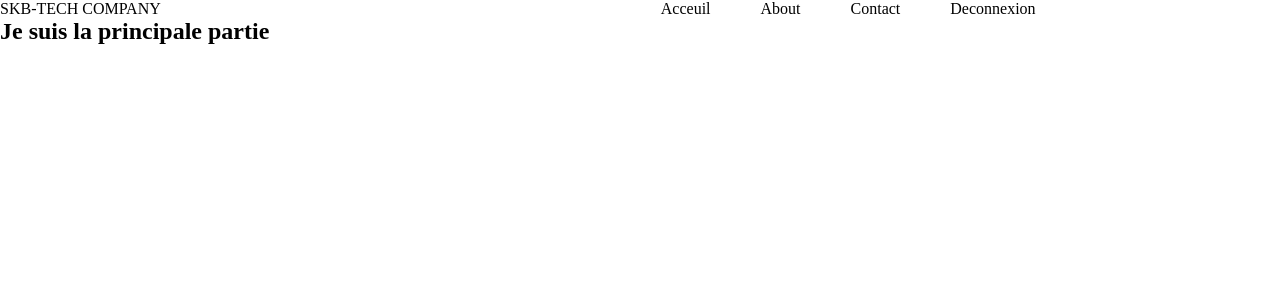
Repository: SKB-TECH/projetExpress
Page: http://localhost/
An editor plug-in stored every save of this project. The page is shown before and after the next save, followed by the edit.
The browser window is 1280 px wide. The pictures show the whole page.
The page is served by the project's Node server (server.js). Other server files are loaded and not shown.

Above is the page before, as saved 2022-10-21 15:17:11.

### views/main.ejs
<%- include('./includes/header.ejs') %>
<!-- Partie principale  -->
<main>
  <h2>Je suis la principale partie</h2>
</main>

<%- include('./includes/footer.ejs') %>

### views/includes/header.ejs
<!DOCTYPE html>
<html lang="en">
  <head>
    <meta charset="UTF-8" />
    <meta http-equiv="X-UA-Compatible" content="IE=edge" />
    <link
      rel="stylesheet"
      href="https://cdnjs.cloudflare.com/ajax/libs/font-awesome/6.2.0/css/all.min.css"
      integrity="sha512-xh6O/CkQoPOWDdYTDqeRdPCVd1SpvCA9XXcUnZS2FmJNp1coAFzvtCN9BmamE+4aHK8yyUHUSCcJHgXloTyT2A=="
      crossorigin="anonymous"
      referrerpolicy="no-referrer"
    />
    <meta name="viewport" content="width=device-width, initial-scale=1.0" />
    <link rel="stylesheet" href="css/style.css" />
    <title>Project Express</title>
  </head>
  <body>
  <header>
    <nav class="nav-list">
        <span class="titles1">
                SKB-TECH COMPANY
        </span>
      <div class="taches">
        <ul class="list-title">
          <li>Acceuil</li>
          <li>About</li>
          <li>Contact</li>
          <li>Deconnexion</li>
        </ul>
      </div>
    </nav>
  </header>
</html>

### server.js
const express = require('express');
const morgan = require('morgan');
const path = require('path')
const router = require('./routes/router')
const ejs = require('ejs');
const { dirname } = require('path');
const app = express()
/**
    - quelques middlewares pour specification des dossiers
    - specification du moteur de visualisation utilise
 */
app.set('view engine', 'ejs');
app.use('/css', express.static(path.resolve(__dirname, './assets/css')))
app.set('view')
app.use(morgan('tiny'))


// initialisation de toutes routes de l'application
app.use(require('./routes/router'))

// initialisation du server et du port qui va ecoute les requetes du client
app.listen(4000, () => {
    console.log("Serveur lancer deja au port 4000");
})

### controllers/Controllers.js
exports.Home = (req, res) => {
    res.render('main')
}
exports.About = (req, res) => {
    res.render('about', { nom: "Shako" })
}
exports.Contact = (req, res) => {
    res.render('contact')
}

### assets/css/style.css
* {
    padding: 0px;
    margin: 0px;
    box-sizing: border-box;
}

header {
    display: flex;
    width: 100%;
}

nav {
    display: flex;
    flex-direction: row;
    justify-content: space-between;
    gap: 500px;
}

ul {
    display: flex;
    flex-direction: row;
    justify-content: end;
    list-style-type: none;
    gap: 50px;
}

Loaded but not shown: views/includes/footer.ejs (common file)

After the next save:
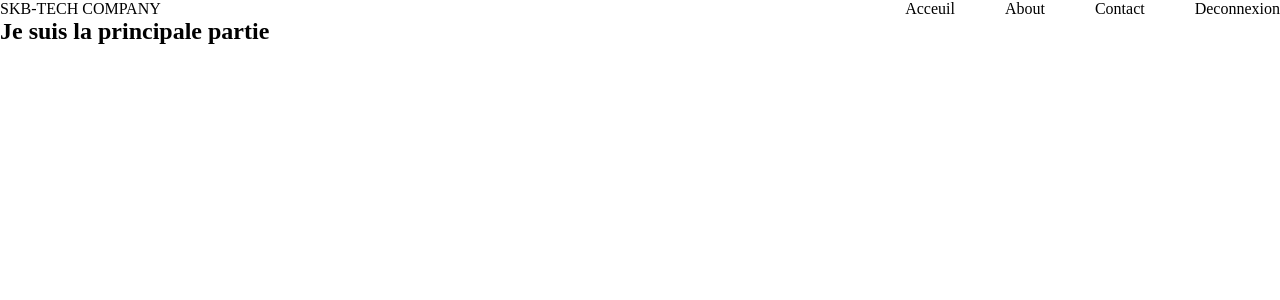
Saved 24 s later.
--- a/assets/css/style.css
+++ b/assets/css/style.css
@@ -4,10 +4,7 @@
     box-sizing: border-box;
 }
 
-header {
-    display: flex;
-    width: 100%;
-}
+
 
 nav {
     display: flex;
